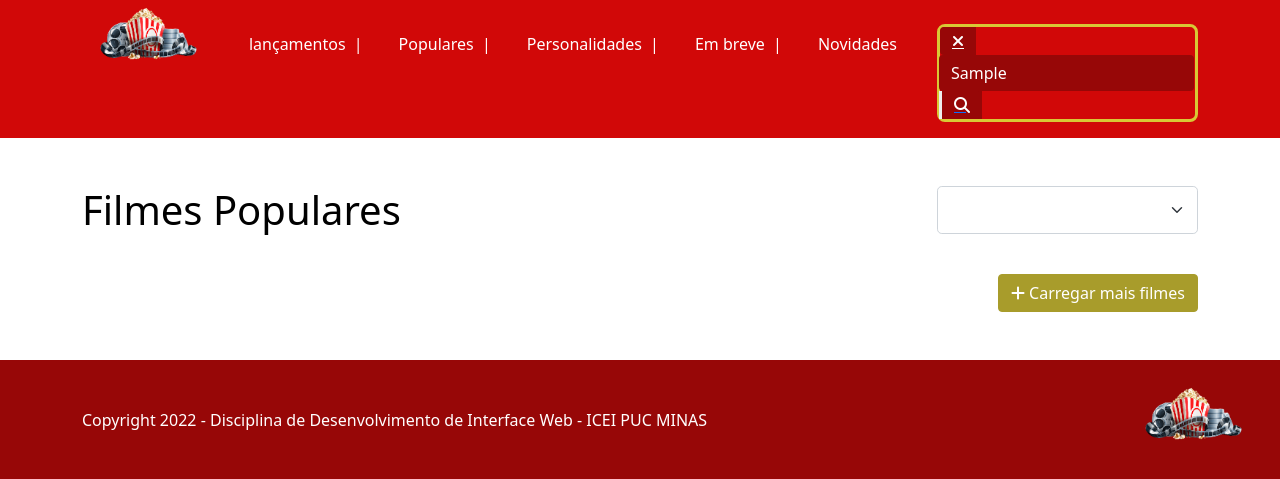
Repository: PedroH-Santos/portalFilmes-Html-JS
Page: Trabalho01-Web/pesquisa.html
The author's editor kept a copy of each file at every save. The page is drawn from the files as they stood at one save, then again after the next save.
The browser window is 1280 px wide. The pictures show the whole page.
Empty fields were first filled with sample values (such as "Sample", 5 or name@example.com).
After loading, the first visible `a.input-group-text` was clicked once.
The page's requests for data from a server got no answer. Some web libraries are served in a nearby version.

Above is the page before, as saved 2022-06-09 19:43:20.
Console error (its wording comes from the project's code and is left out).

After the next save:
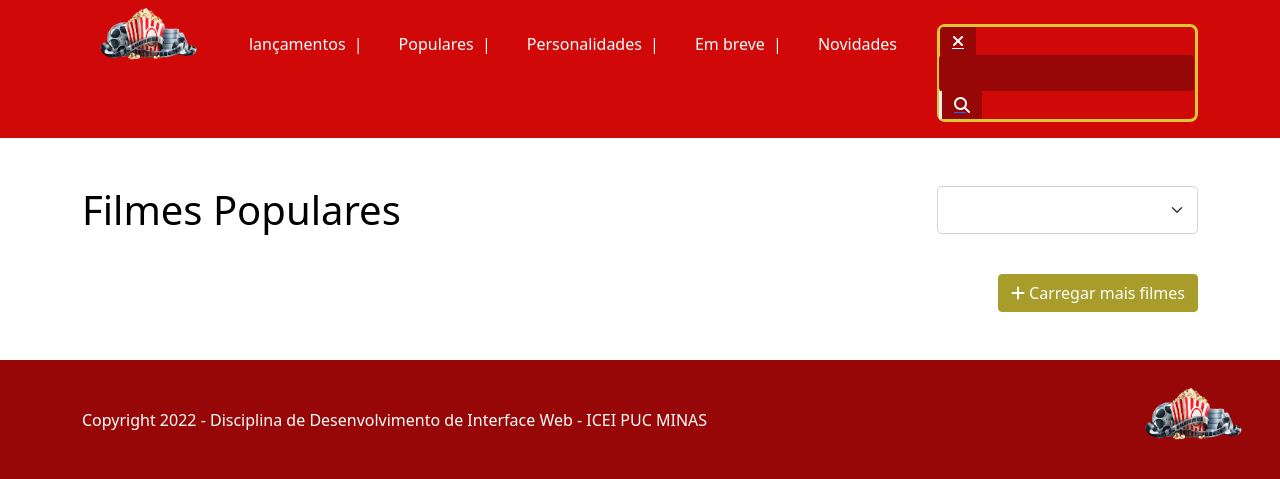
Saved 12 s later.
--- a/Trabalho01-Web/scripts/geral.js
+++ b/Trabalho01-Web/scripts/geral.js
@@ -15,7 +15,8 @@ $(".searchButton").click((e) => {
 
 $(".emptyInputSearch").click((e) => {
    e.preventDefault();
-   $(".searchInput").val();
+   console.log('a');
+   $(".searchInput").val('');
 })
 
 //REQUISIÇÕES PARA API
